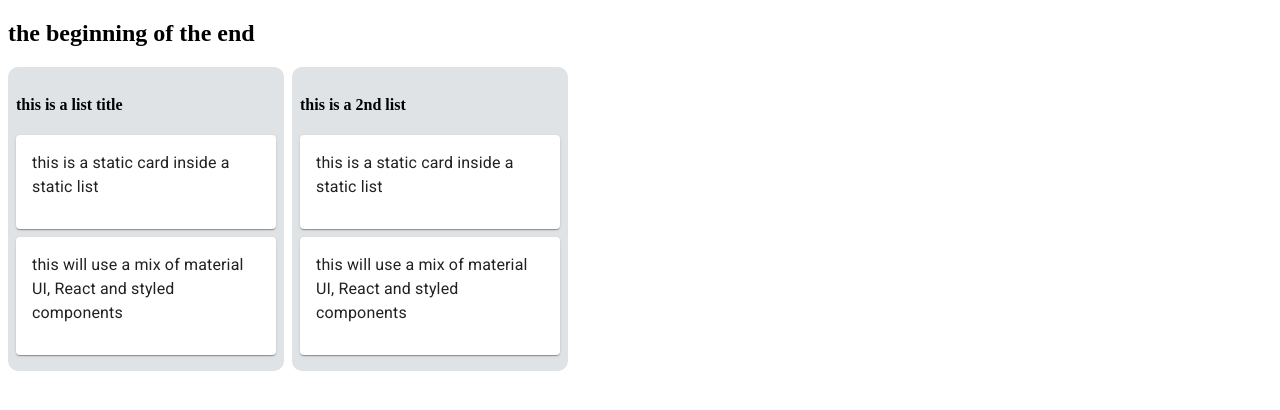
Repository: DesterStorm/Crello
Page: /
The author's editor kept a copy of each file at every save. The page is drawn from the files as they stood at one save, then again after a run of saves.
The browser window is 1280 px wide. The pictures show the whole page.
The project was rebuilt for these pictures with package versions that can differ from the ones it lists, and the page was loaded fresh each time.

Above is the page before, as saved 2020-05-12 15:21:00.

After the next 2 saves:
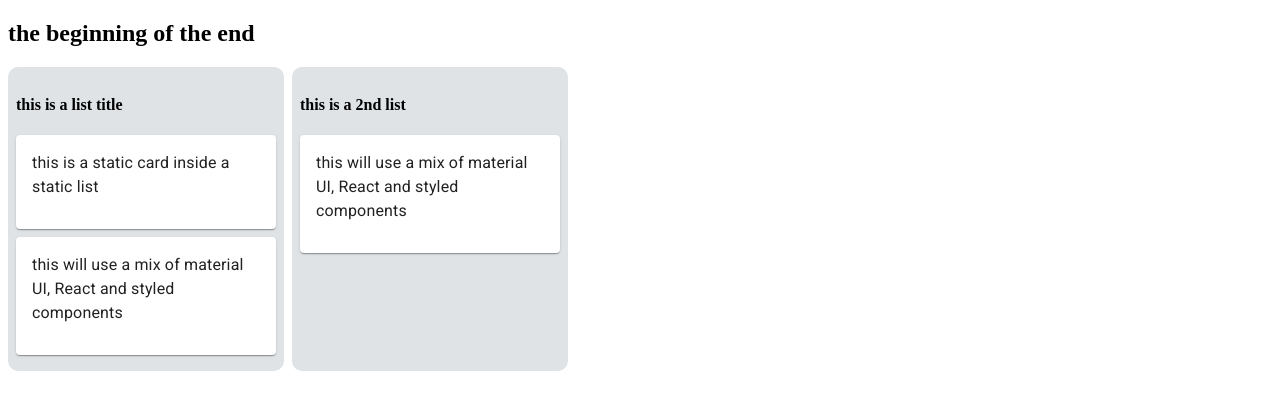
The 2 saves are shown as one change because they came seconds apart.
The last was saved 22 h 54 min later.
--- a/src/reducers/listsReducer.js
+++ b/src/reducers/listsReducer.js
@@ -19,10 +19,6 @@ const initialState = [
     id: 0,
     cards: [
       {
-        id: 0,
-        text: 'this is a static card inside a static list'
-      },
-      {
         id: 1,
         text: 'this will use a mix of material UI, React and styled components'
       }
